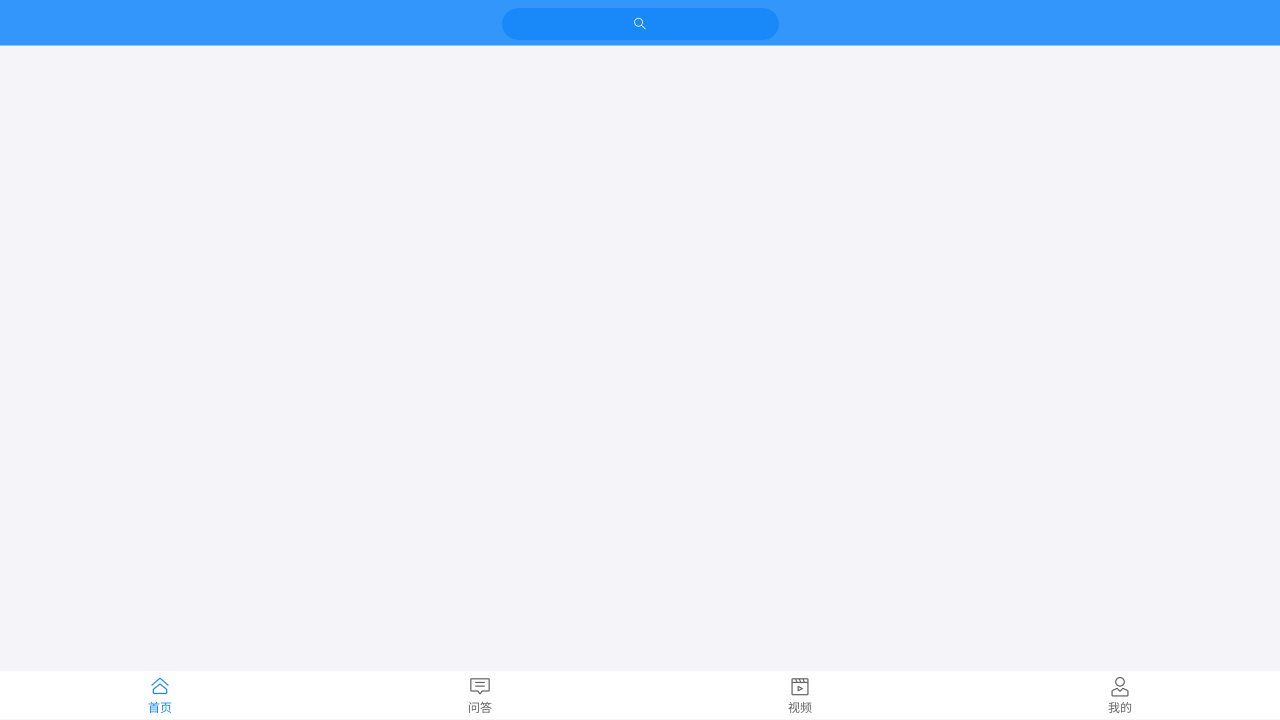
Repository: xn-lb/toutiao-mb
Page: /
These files come from the project's save history. The page is drawn as it stood at one moment and after the next save; the edit follows.
The browser window is 1280 px wide. The pictures show the whole page.
The project was rebuilt for these pictures with package versions that can differ from the ones it lists, and the page was loaded fresh each time. Also part of the build but not shown: vue.config.js.

Above is the page before, as saved 2023-04-08 21:55:17.

After the next save:
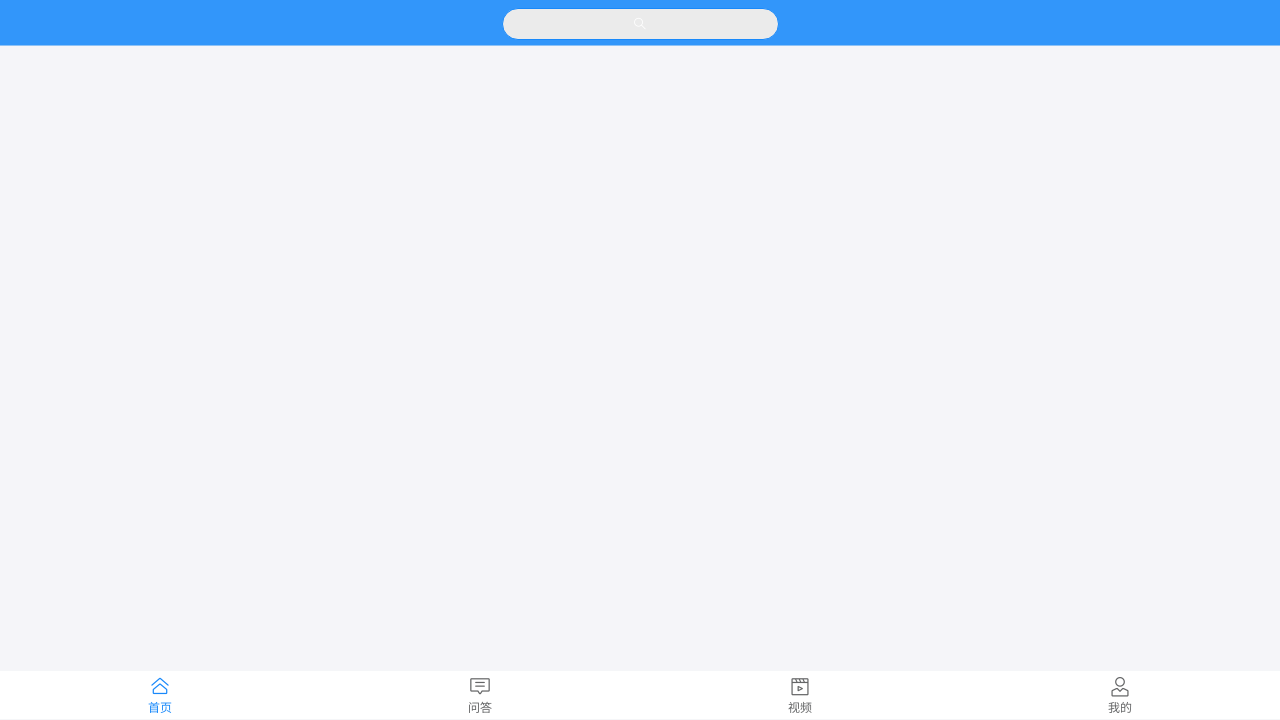
Saved 19 s later.
--- a/src/views/home/index.vue
+++ b/src/views/home/index.vue
@@ -30,6 +30,7 @@ export default {
   .search-btn{
     width: 277px;
     height: 32px;
+    background: #ebebeb;
     }
 
   }
